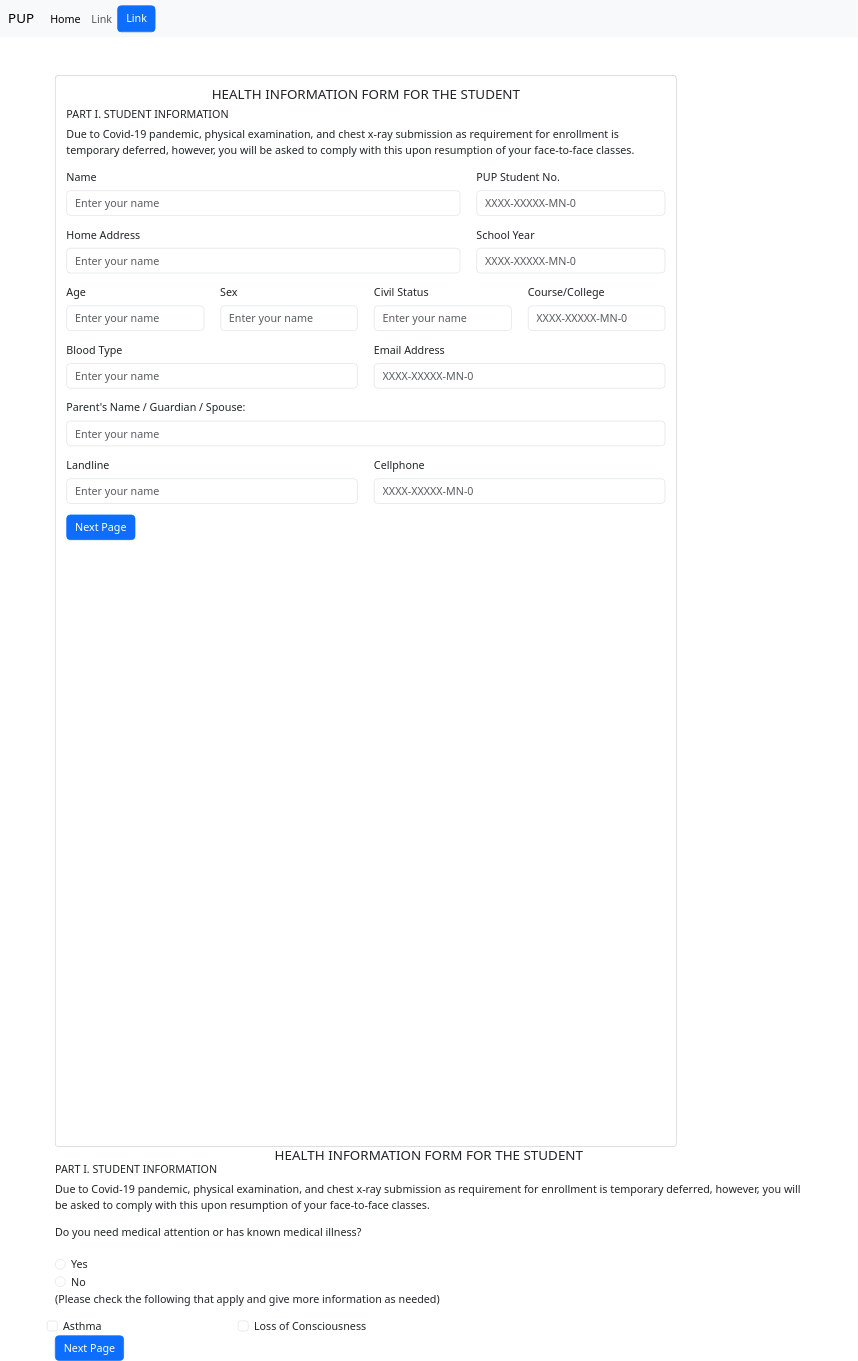
Repository: Nicktacku/webdev
Page: form.html
The author's editor kept a copy of each file at every save. The page is drawn from the files as they stood at one save, then again after the next save.
The browser window is 1280 px wide. The pictures show the whole page, at 67% of full size.

Above is the page before, as saved 2024-07-15 18:25:55.

After the next save:
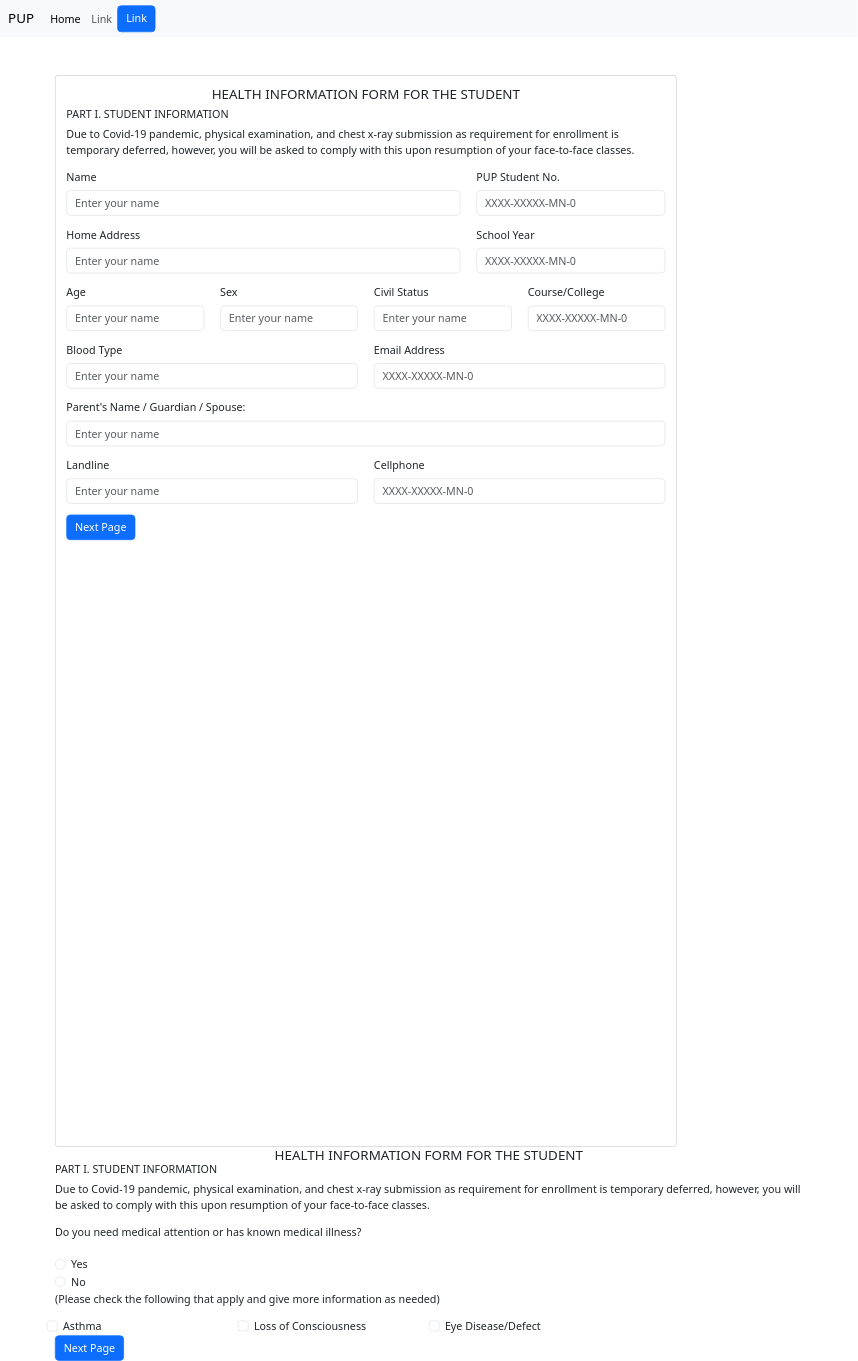
Saved 13 s later.
--- a/form.html
+++ b/form.html
@@ -194,6 +194,12 @@
                             Loss of Consciousness
                     </label>
                     </div>
+                    <div class="form-check col-3">
+                        <input class="form-check-input" type="checkbox" value="" id="flexCheckDefault">
+                        <label class="form-check-label" for="flexCheckDefault">
+                            Eye Disease/Defect
+                    </label>
+                    </div>
                   </div>
             </div>
           </div>
